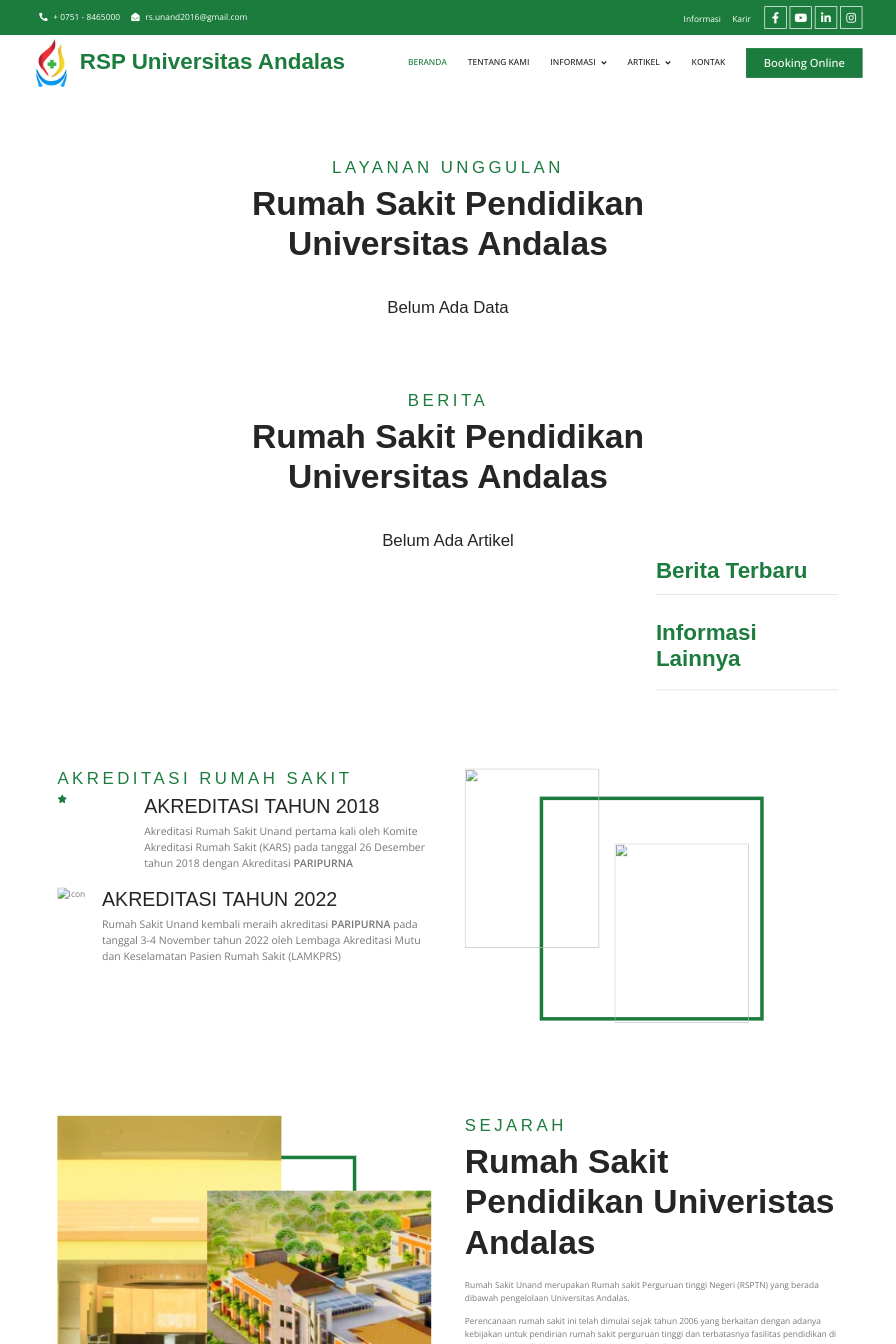
Repository: vivin-erialis/rsunand-site
Page: http://localhost/
The author's editor kept a copy of each file at every save. The page is drawn from the files as they stood at one save, then again after the next save.
The browser window is 1280 px wide. The pictures show the part of the page from y = 0 to 1920 px (the page is 3111 px tall), at 70% of full size.
Some web fonts or font styles are not loaded; a fallback is used. Some web libraries are served in a nearby version. The page is served by the project's Laravel application, run on PHP 8.4 with Laravel 12. Queries for data that is not in the repository find no rows.

Above is the page before, as saved 2024-06-10 08:21:01.
Console error: TypeError: Cannot read properties of undefined (reading 'version')

After the next save:
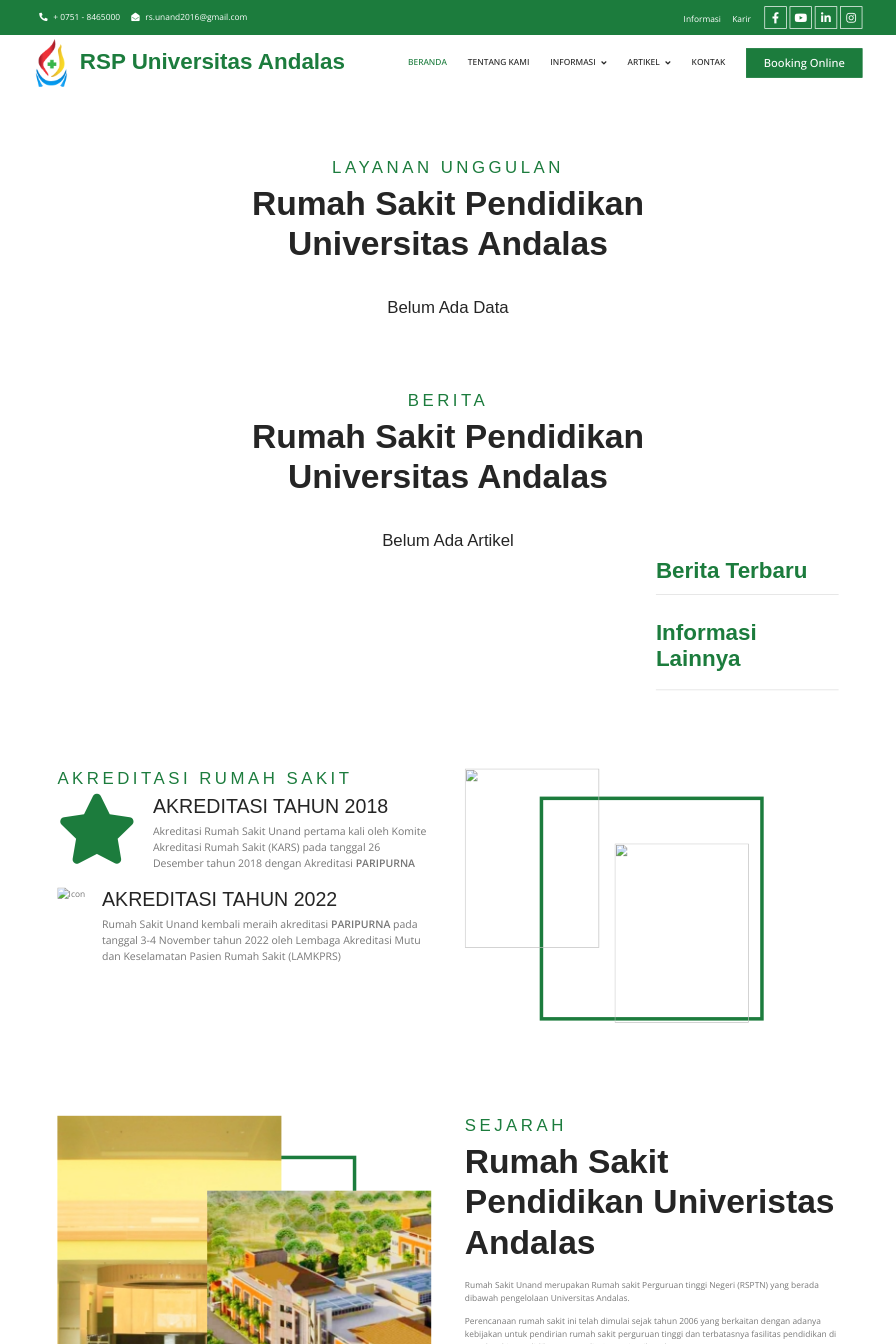
Saved 17 s later.
--- a/resources/views/Frontend/home.blade.php
+++ b/resources/views/Frontend/home.blade.php
@@ -267,7 +267,7 @@
                     <div class="row g-4">
                         <div class="col-12">
                             <div class="d-flex align-items-start">
-                                <i class="fa fa-star flex-shrink-0" style="color: #1C7C3D; width:100px">
+                                <i class="fa fa-star flex-shrink-0" style="color: #1C7C3D; font-size:100px">
 
                                 </i>
                                 {{-- <img class="flex-shrink-0" src="img/icons/icon-2.png" alt="Icon"> --}}
